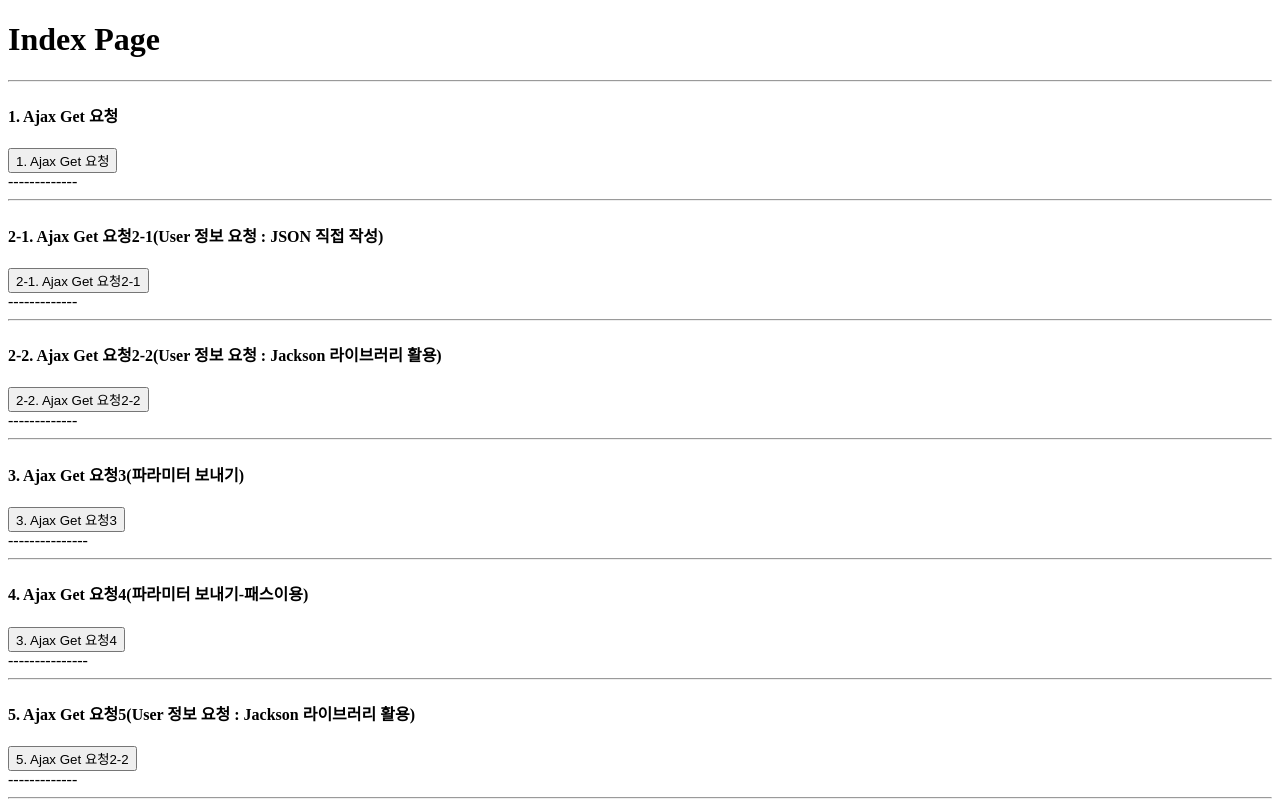
Repository: smallomg/bg-spring
Page: http://localhost/demo4/WEB-INF/views/index.jsp
The author's editor kept a copy of each file at every save. The page is drawn from the files as they stood at one save, then again after the next save.
The browser window is 1280 px wide. The pictures show the whole page.
The page is served by Tomcat 9. Nobody is signed in. The template is opened directly, without the code that normally fills it, so the values that code supplies are empty.

Above is the page before, as saved 2025-05-07 06:38:03.

After the next save:
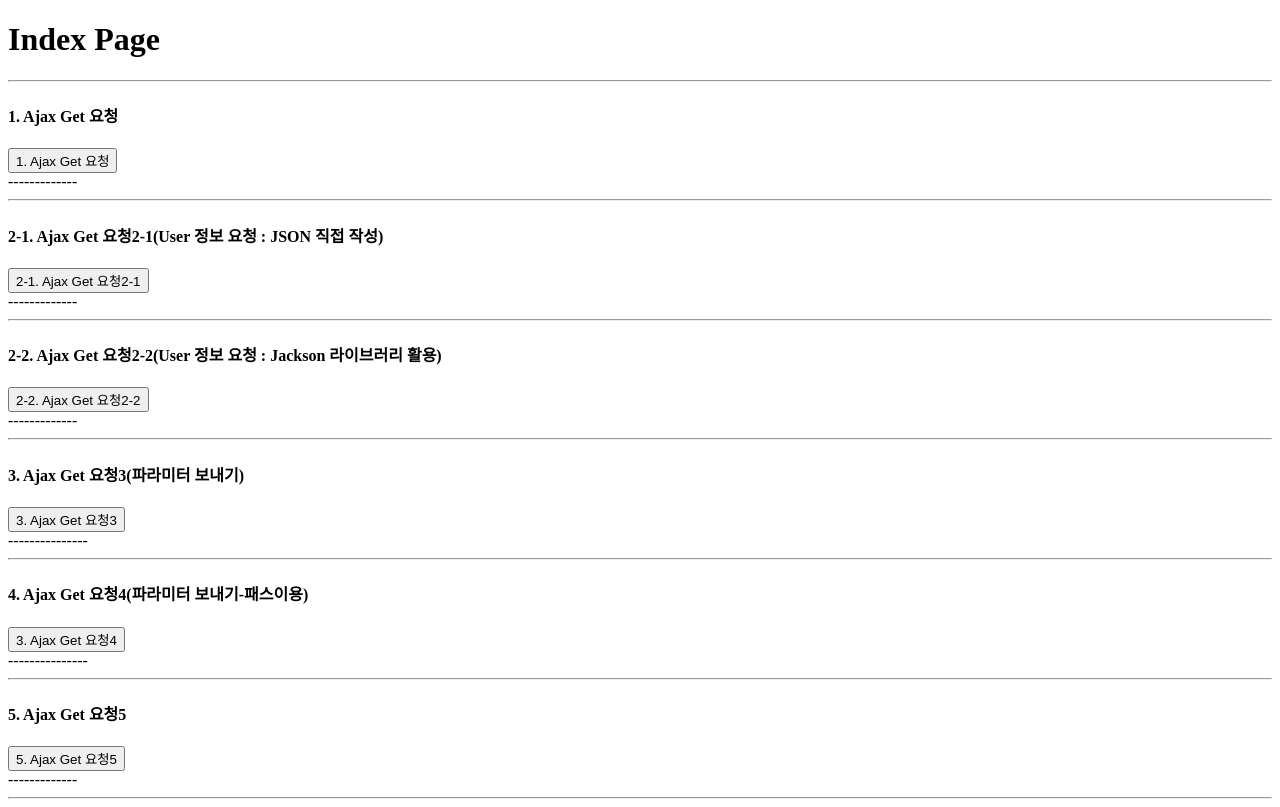
Saved 33 s later.
--- a/ldy_spring/demo4/src/main/webapp/WEB-INF/views/index.jsp
+++ b/ldy_spring/demo4/src/main/webapp/WEB-INF/views/index.jsp
@@ -29,8 +29,8 @@
 	<button onclick="sendParameter2()">3. Ajax Get 요청4</button>
 	<div id="demo4">---------------</div>
 	<hr>
-	<h4>5. Ajax Get 요청5(User 정보 요청 : Jackson 라이브러리 활용)</h4>
-	<button onclick="getUserData3()">5. Ajax Get 요청2-2</button>
+	<h4>5. Ajax Get 요청5</h4>
+	<button onclick="getUserData3()">5. Ajax Get 요청5</button>
 	<div id="demo5">-------------</div>
 	<hr>
 
